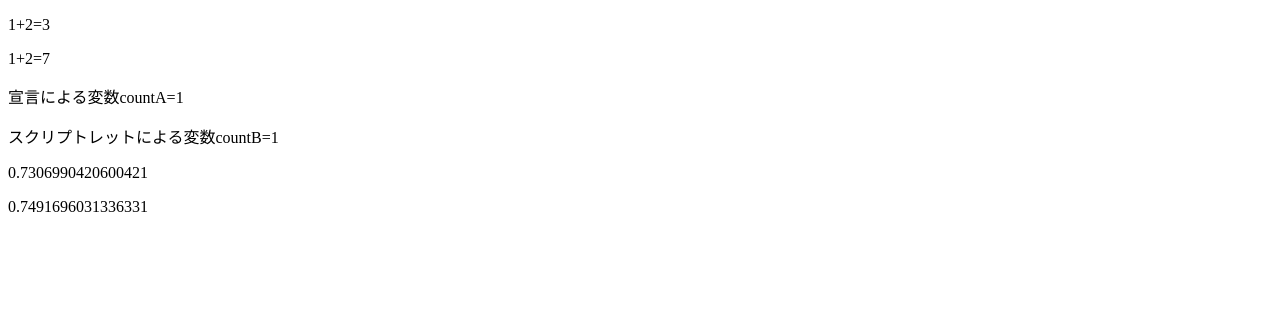
Repository: user10112018/test
Page: http://localhost/HelloJSP/
These files come from the project's save history. The page is drawn as it stood at one moment and after the next save; the edit follows.
The browser window is 1280 px wide. The pictures show the whole page.
The page is served by Tomcat 9.

Above is the page before, as saved 2018-10-15 07:31:06.

After the next save:
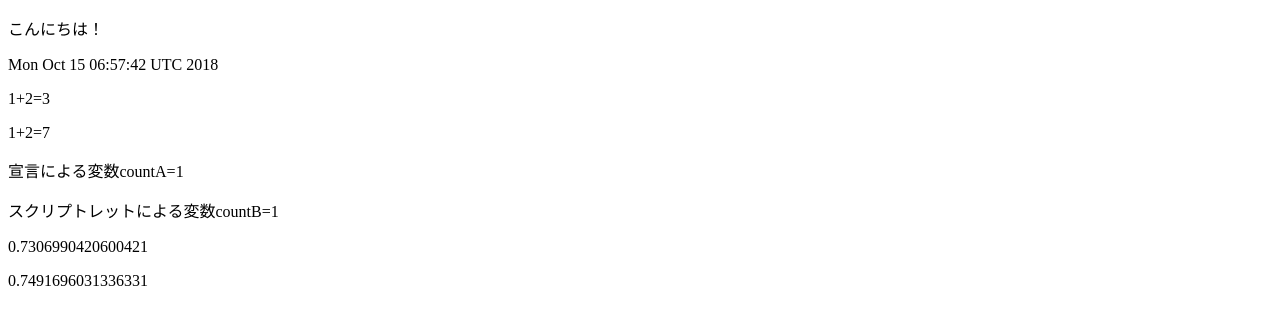
Saved 51 s later.
--- a/HelloJSP/WebContent/index.jsp
+++ b/HelloJSP/WebContent/index.jsp
@@ -8,10 +8,12 @@
 </head>
 <body>
 
-<!--
+
+
+<!--  -->
 <p>こんにちは！</p>
 <% out.println(new java.util.Date()); %>
- -->
+
 
  <%!
 
